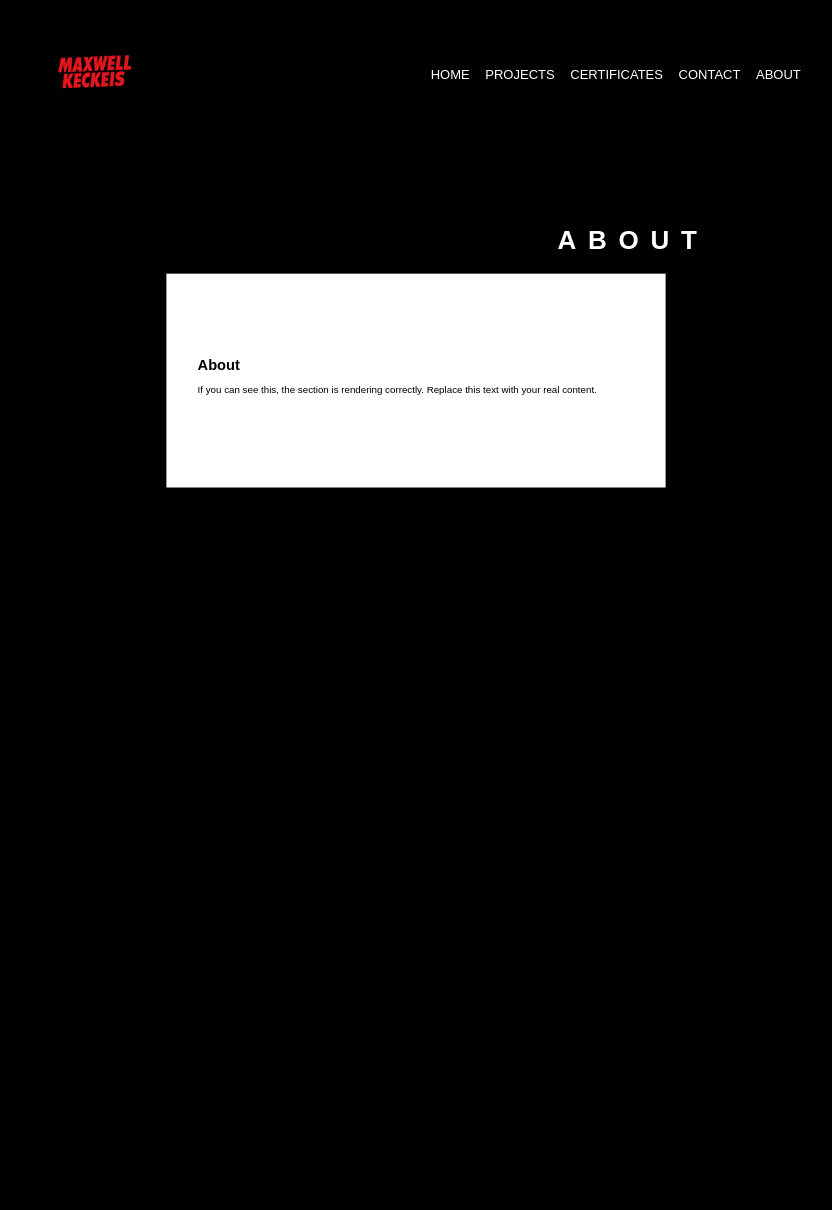
Repository: Maxwell-Keckeis/Maxwell-Keckeis.github.io
Page: about.html
The author's editor kept a copy of each file at every save. The page is drawn from the files as they stood at one save, then again after the next save.
The browser window is 1280 px wide. The pictures show the whole page, at 65% of full size.
Some web fonts or font styles are not loaded; a fallback is used.

Above is the page before, as saved 2026-02-06 16:19:30.

After the next save:
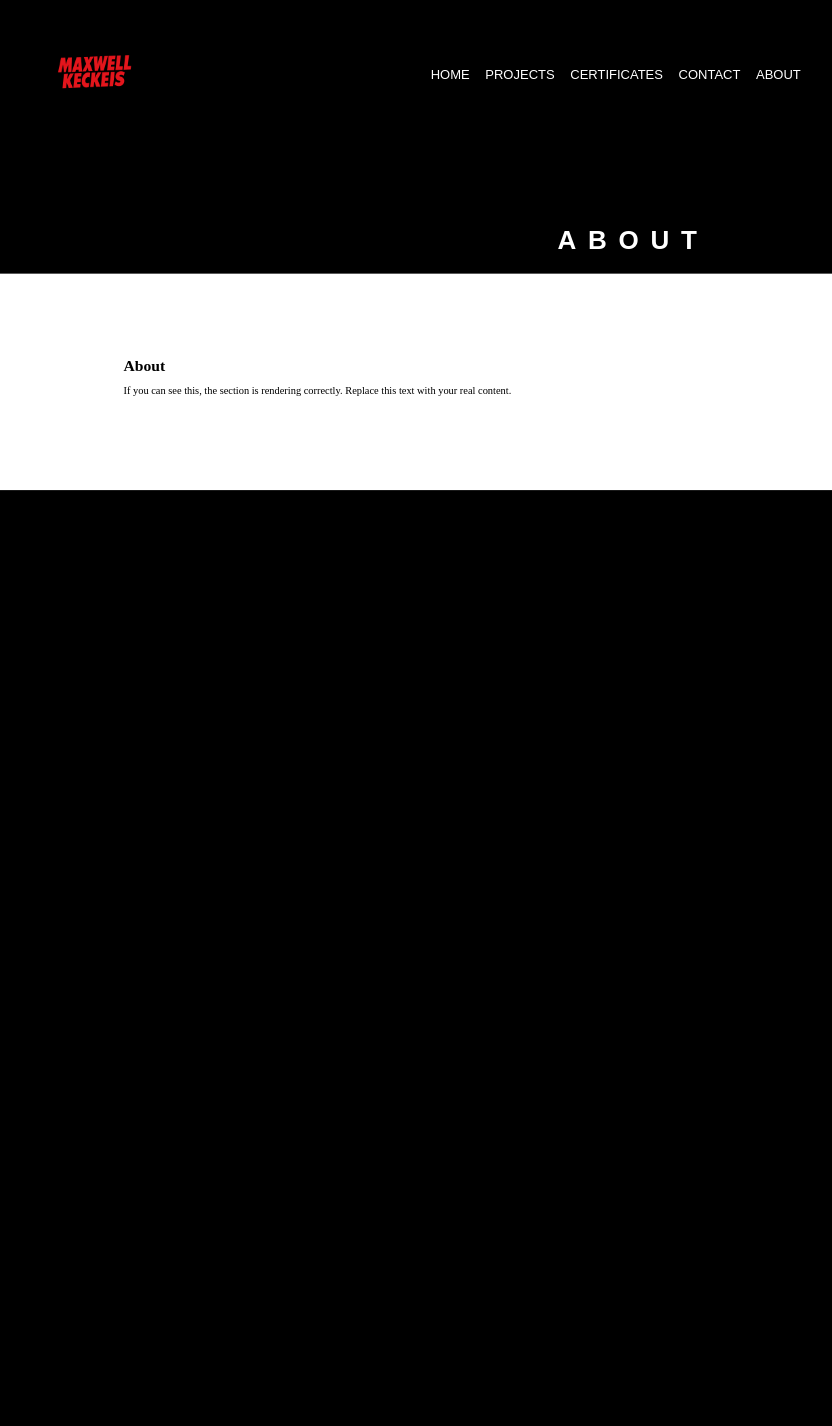
Saved 3 min 19 s later.
--- a/about.html
+++ b/about.html
@@ -35,15 +35,16 @@
             </div>
         </section>
 
+        <section class="about-section">
+            <div class="about-content">
+                <h1>About</h1>
+                    <p>
+                        If you can see this, the section is rendering correctly. Replace this text with your real content.
+                    </p>
+            </div>
+        </section>
         <main>
-            <section class="about-section">
-                <div class="about-content">
-                    <h1>About</h1>
-                        <p>
-                            If you can see this, the section is rendering correctly. Replace this text with your real content.
-                        </p>
-                </div>
-            </section>
+
         </main>
     </body>
 </html>
